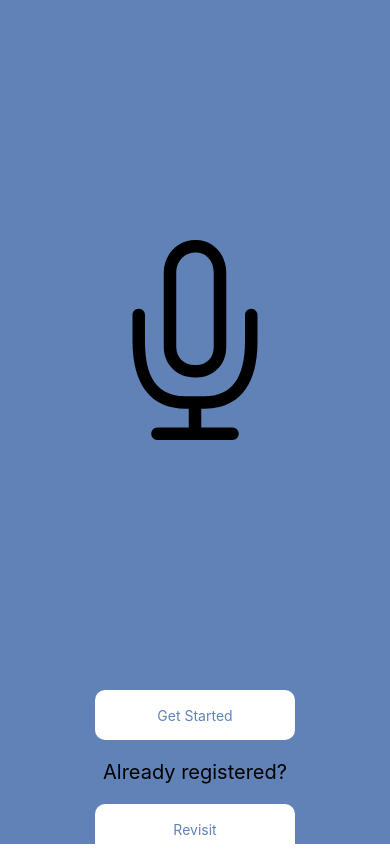
Repository: mortiestmorty1/recordings-app
Screen: / (app in frontend/)
These files come from the project's save history. The screen is drawn as it stood at one moment and after the next save; the edit follows.
The app was drawn by React Native's web renderer in a window 390 px wide. The project was rebuilt for these pictures with package versions that can differ from the ones it lists, and the page was loaded fresh each time. Also part of the build but not shown: frontend/components/registerUser.js.

Above is the screen before, as saved 2024-03-07 23:43:35.

After the next save:
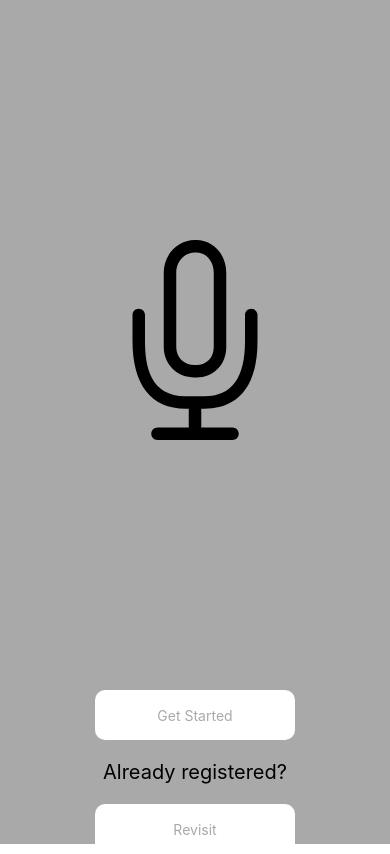
Saved 76 s later.
--- a/frontend/components/firstscreen.js
+++ b/frontend/components/firstscreen.js
@@ -28,7 +28,7 @@ const styles = StyleSheet.create({
     height: '100%',
     justifyContent: 'center',
     alignItems: 'center',
-    backgroundColor: '#6082B6',
+    backgroundColor: '#A9A9A9',
   },
   logo: {
     width: 200,
@@ -53,7 +53,7 @@ const styles = StyleSheet.create({
     alignItems: 'center',
   },
   btnText: {
-    color: '#6082B6', // Style for the text inside TouchableOpacity
+    color: '#A9A9A9', // Style for the text inside TouchableOpacity
   },
 });
 
